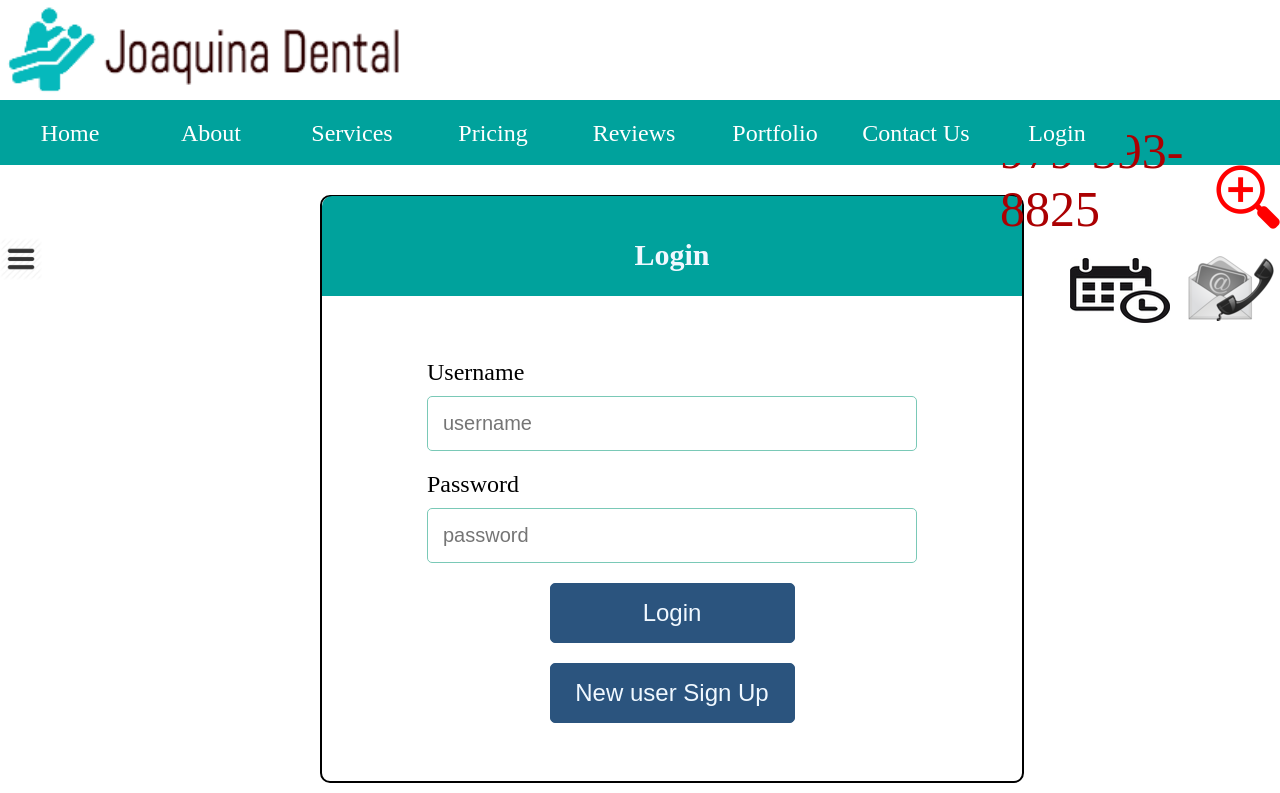
Repository: ManjushaBolishetty/test
Page: http://localhost/test/LoginError.jsp
The author's editor kept a copy of each file at every save. The page is drawn from the files as they stood at one save, then again after the next save.
The browser window is 1280 px wide. The pictures show the whole page.
The page is served by Tomcat 9. Other server files are loaded and not shown.

Above is the page before, as saved 2016-04-03 17:16:37.

### test/WebContent/LoginError.jsp
<%@ page language="java" contentType="text/html; charset=UTF-8"
    pageEncoding="UTF-8"%>
<%@include file="header.jsp" %>
<!DOCTYPE html>
<html>
<head>
<meta http-equiv="Content-Type" content="text/html; charset=UTF-8">
<meta name="viewport" content="width=device-width, initial-scale=1">
<link href="CSS/ResponsiveForm.css" rel="stylesheet" type="text/css" />
<title>Login</title>
</head>
<body>
<div id="cover">
<header>
    <h3>Login</h3>
</header>
<p class="errorLogin">Bummm!!!! Invalid Username or Password. Please try again.</p>
<form action="Login" method="post">
	<label>Username </label>
	<input type="text" name="username" placeholder="username" width="100px;">
	<label>Password </label>
	<input type="password" name="password" placeholder="password">
	<input type="submit" value="Login" id="login">
	<input type="submit" value="New user Sign Up" id="newuser">
</form>

</div>
<footer class="footer-distributed">
			<div class="footer-left">

				<h3>Joaquina Dental</h3>
				<p>1302 Barthelow Dr.
				Englewood, Denver, Colorado</p>
				<p >Hours: 8:00 AM - 5:00 PM</p>
				<p >Monday - Friday</p>
			</div>

			<div class="footer-center">

				<p class="callusToday">Call us today  </p><br/>
				<br/>
				<h3>+1 979-393-8825</h3><br/>
				<p class="emailUs">Email Us</p>
			</div>

			<div class="footer-right">

				<p>Follow Us</p>

				<div class="footer-icons">

					<a href="#"><i class="fa fa-facebook"></i></a>
					<a href="#"><i class="fa fa-twitter"></i></a>
					<a href="#"><i class="fa fa-linkedin"></i></a>

				</div>

			</div>
<p class="copyright" >&copy; Copyright 2016 Joaquina Dental</p>
		</footer>
</body>
</html>

### test/WebContent/header.jsp
<%@ page language="java" contentType="text/html; charset=UTF-8"
    pageEncoding="UTF-8"%>
<!DOCTYPE html>
<html>
<head>
<meta http-equiv="Content-Type" content="text/html; charset=UTF-8">
<meta name="viewport" content="width=device-width, initial-scale=1">
<link href="CSS/testeverything.css" rel="stylesheet" type="text/css" />
<script src="http://code.jquery.com/jquery-latest.js">  </script>
<script type="text/javascript">

$(document).ready(function(){
	$('a.loginToggle').click(function(){
		if($('a.loginToggle').text()=="Logout"){
			window.location.href = "JD_LoginPage.jsp";
		}
	})
});
</script>

<style>

#zoom img {
    width: 5%;
    position: absolute;
    right: 0;
}
</style>
<title>Insert title here</title>
</head>

<body>
<div id="header">
	<img class="logoimage" src="Images/Drawing (4).png" alt="Joaquina Dental"></img>
	<span class="phonenumber">979-393-8825</span>
	<a href="#" class="scheduleanchor"><img class="Contact" src="Images/Contact_Us.png"></img></a>
	<a href="#" class="scheduleanchor"><img class="Calendar" src="Images/calendar.png"></img></a>
</div>

<div id="navmenu">
	<img class="iconimage" src="Images/collpased_menu.png"></img><label for="show-menu" class="show-menu iconlabel">Menu</label>
	<input type="checkbox" id="show-menu" role="button">

	<ul id="menu">
		  <li><a href="#">Home</a></li>
		  <li><a href="#">About</a></li>
		  <li>
		    	<a href="#">Services</a>
			    <ul class="dropdownContent">
			      <li><a href="#">Extraction</a></li>
			      <li><a href="#">Transplant</a></li>
			      <li><a href="#">Root Canal</a></li>
			      <li><a href="#">Cleaning</a></li>
			    </ul>
	  	   </li>
	  	   <li><a href="#">Pricing</a></li>
	  	   <li><a href="#">Reviews</a></li>
	  	   <li><a href="#">Portfolio</a></li>
	  	   <li><a href="#">Contact Us</a></li>
	  	   <li><a class="loginToggle" href="#">Login</a></li>
	</ul>
</div>
<div id="zoom" style="width:100%;height:0px">
	<a href="#" class=""><img class="zoom" src="Images/zoom.png"></img></a>
</div>
</body>
</html>

### test/WebContent/CSS/testeverything.css
body{
  border: 0;
  padding: 0;
  margin: 0;
  height: 100%;

}

#header{
	width:100%;
	height:100px;
  background-color:white;
}

#header h3{
	display:inline;
	width:auto;
	height:auto;
}
#header img{
	width:auto;
	float:left;
	padding-left:0px;
	height:100%;
}


.Contact{

	max-width:100%;
	height:auto;
	margin-left:10px;
	margin-top:18px;
}


.Calendar{

	max-width:100%;
	height:auto;
	margin-left:10px;
	margin-top:20px;
}

#header a{
	float:right;
	/*margin-right: 40px;*/
}
.logoSchedule{
	width:auto;
	float:left;
}

.logoContact{
	width:auto;
	float:right;
}

#navmenu{
	width:100%;
	height:65px;
	background:#00A29C;
}

ul {
	list-style-type:none;
	margin:0;
	padding:0;
	position: absolute;
}

/*Create a horizontal list with spacing*/
li {
	display:inline-block;
	float: left;
	margin-right: 1px;
}

/*Style for menu links*/
li a {
	display:block;
	min-width:140px;
	padding-top:20px;
	padding-bottom:16px;
	font-size:24px;
	text-align: center;
	font-family: 'Roboto Slab', serif;
	color: white;
	background: #00A29C;
	text-decoration: none;
}

.phonenumber{
    font-size: 50px;
    margin-left: 1000px;
    display: inline-block;
    margin-top: 22px;
    color: #ab0002;
    float:left;
}

/*Hover state for top level links*/
li:hover a {
	background: black;
}

/*Style for dropdown links*/
li:hover ul a {
	background: #e6ffff;
	color: blue;
}

/*Hover state for dropdown links*/
li:hover ul a:hover {
	background: #19c589;
	color: #fff;
}

/*Hide dropdown links until they are needed*/
li ul {
	display: none;
}

/*Make dropdown links vertical*/
li ul li {
	display: block;
	float: none;
}



/*Display the dropdown on hover*/
ul li a:hover + .dropdownContent, .dropdownContent:hover {
	display: block;
}

/*Responsive Styles*/

	.show-menu {
	font-family: "Helvetica Neue", Helvetica, Arial, sans-serif;
	text-decoration: none;
	color: #fff;
	background: #00A29C;
	text-align: center;
	padding: 10px 0;
	display: none;
}

.iconlabel{
	width:100%;
	height:auto;
	padding:1%;
}

.iconimage{
	float:left;
	height:42px;
}


.callusToday{
	padding-left:10%;
}
.emailUs{
	padding-left:13%;
}

/*Hide checkbox*/
input[type=checkbox]{
    display: none;
}

/*Show menu when invisible checkbox is checked*/
input[type=checkbox]:checked ~ #menu{
    display: block;
}

@media screen and (max-width : 832px){
	/*Make dropdown links appear inline*/
	ul {
		position: static;
		display: none;
	}

	/*Create vertical spacing*/
	li {
		margin-bottom: 1px;
	}
	/*Make all menu links full width*/
	ul li, li a {
		width: 100%;
	}
	.show-menu {
		display:block;
	}
	.imageHolder{
		display:none;
	}
	.iconlabel
	{
	padding-top:12px;
	float:left;
	width:auto;
	}
}



#Content{
	width:100%;
	height:600px;
	background:white;
}

.imageHolder{
	width:100%;
	height:400px;
	background-image: url("/BigHornDental/Images/appointment.jpg");
    background-repeat: no-repeat;
    background-size: contain;
    border: 1px solid black;
}


.login{
  width: 40%;
  font-family: lato;
  position: relative;
  color: white;
  border:1px solid blue;
  border-radius: 10px;
  background-color:blue;
  text-align:center;
}

/* .Logoutbutton input{
	float: left;
	padding-right:100px;
	font-size: 20px;
    display: block;
    line-height: 12px;
    text-align: left;
} */

.Logindate h4{
	float: left;
    font-size: 20px;
    display: block;
    line-height: 12px;
    text-align: left;
    padding-left:100px;
}


/*For Footer*/
footer{
padding-left:40px;
position: fixed;
}

.footer-distributed{
	background-color: #00A29c;
	box-shadow: 0 1px 1px 0 rgba(0, 0, 0, 0.12);
	box-sizing: border-box;
	width: 100%;
	height:auto;
	text-align: left;
	font: bold 16px sans-serif;
	padding: 30px 30px;
	margin-top: 80px;
}

.footer-distributed .footer-left,
.footer-distributed .footer-center,
.footer-distributed .footer-right{
	display: inline-block;
	vertical-align: top;
}

/* Footer left */

.footer-distributed .footer-left{
	width: 40%;
}

 p{
	font-size:20px;
	color:white;
}

/* The company logo */

.footer-distributed h3{
	color:  white;
	margin: 0;
}


/* Footer links */

.footer-distributed .footer-links{
	color:  #ffffff;
	margin: 20px 0 12px;
	padding: 0;
}

.footer-distributed .footer-links a{
	display:inline-block;
	line-height: 1.8;
	text-decoration: none;
	color:  inherit;
}

.footer-distributed .footer-company-name{
	color:  #8f9296;
	font-size: 14px;
	font-weight: normal;
	margin: 0;
}

/* Footer Center */

.footer-center p{
	padding-top:3px;
}

.footer-right p{
	margin-top:0px;
}

.footer-distributed .footer-center{
	width: 35%;
}

.footer-distributed .footer-center i{
	background-color:  #33383b;
	color: #ffffff;
	font-size: 25px;
	width: 38px;
	height: 38px;
	border-radius: 50%;
	text-align: center;
	line-height: 42px;
	margin: 10px 15px;
	vertical-align: middle;
}

.footer-distributed .footer-center i.fa-envelope{
	font-size: 17px;
	line-height: 38px;
}

.footer-distributed .footer-center p{
	display: inline-block;
	color: #ffffff;
	vertical-align: middle;
	margin:0;
}

.footer-distributed .footer-center p span{
	display:block;
	font-weight: normal;
	font-size:14px;
	line-height:2;
}

.footer-distributed .footer-center p a{
	color:  white;
	text-decoration: none;;
}


/* Footer Right */

.footer-distributed .footer-right{
	width: 20%;
}

.footer-distributed .footer-company-about span{
	display: block;
	color:  black;
	font-size: 14px;
	font-weight: bold;
	margin-bottom: 20px;
}

.footer-distributed .footer-icons{
	margin-top: 25px;
}

.footer-distributed .footer-icons a{
	display: inline-block;
	width: 35px;
	height: 35px;
	cursor: pointer;
	background-color:  #33383b;
	border-radius: 2px;

	font-size: 20px;
	color: #ffffff;
	text-align: center;
	line-height: 35px;

	margin-right: 3px;
	margin-bottom: 5px;
}

.fa-twitter:before {
    content: url("../Images/twitter.png");
}
.fa-facebook:before {
    content: url("../Images/facebook.png");
}
.fa-linkedin:before {
    content: url("../Images/linkedin.png");
}

.fa-linkedin:before {
    content: url("../Images/linkedin.png");
}

.footer-left span{

}


.copyright{
	padding-left: 39%;
}

/* If you don't want the footer to be responsive, remove these media queries */

@media (max-width: 880px) {

	.footer-distributed{
		font: bold 14px sans-serif;
	}

	.footer-distributed .footer-left,
	.footer-distributed .footer-center,
	.footer-distributed .footer-right{
		display: block;
		width: 100%;
		margin-bottom: 40px;
		text-align: center;
	}

	.footer-distributed .footer-center i{
		margin-left: 0;
	}

}


/*Supports Iphone 5,6 and 6S-Plus*/

@media screen and (max-width : 440px){
	/*Make dropdown links appear inline*/
	#header img{
		width:80%;
	}

	.iconimage{
		height:100%;
		width:10%;
	}
	.iconlabel{
		font-size:30px;
	}
	.show-menu{
		font-size:30px;
	}

	#showOnMobile{
		display:block;
	}

	.Contact{
	width:80px;
	height:auto;
	margin-left:0px;
	margin-top:8px;
	}


.Calendar{

	width:80px;
	height:auto;
	margin-left:0px;
	margin-top:8px;
	}

.phonenumber{
	display:none;
	}

	.callusToday{
	padding-left:0%;
	}
	.emailUs{
		padding-left:0%;
	}

	.copyright{
		text-align:center;
		padding-left:0%;
		width:100%;
	}
}


@media screen and (max-width : 780px){
	.phonenumber{
		margin-left:70px;
	}
	.iconimage{
		height:65px;
	}
	.iconlabel{
		font-size:30px;
	}
	.callusToday{
		padding-left:0%;
		font-size:20px;
	}
	.emailUs{
		padding-left:0%;
	}
	.footer-left p{
		font-size:20px;
	}
	.footer-center p{
		font-size:20px;
	}
	.footer-right p{
		font-size:20px;
	}
	.copyright{
		text-align:center;
		padding-left:0%;
		width:100%;
	}

}

### test/WebContent/CSS/ResponsiveForm.css
* {
/* With these codes padding and border does not increase it's width and gives intuitive style.*/
box-sizing: border-box;
}

body {
	margin:0;
	padding:0;
	font-family: 'Roboto Slab', serif;
	width:100%;
}

#cover{
	width: 55%;
	margin: 30px 30% 10px 25%;
	padding:10px 0;
	border: 2px solid black;
	border-radius:10px;
}
form{
	width:70%;
	margin:4% 15%;
}
header {
    background-color: #00A29C;
    text-align: center;
    padding-top: 1px;
    padding-bottom: 8px;
    margin-top: -11px;
    margin-bottom: -8px;
    border-radius: 10px 10px 0 0;
    color: aliceblue;
    height: 100px;
    font-size: 24px;
}

h3{
	font-size: 30px;
	padding-top:1px;
}
#newuser{
	margin-right:10px;
}

label{
	font-size:24px;
}


/* Makes responsive fields. Sets size and field alignment.*/
input[type=text]{
	margin-bottom: 20px;
	margin-top: 10px;
	width:100%;
	padding: 15px;
	border-radius:5px;
	border:1px solid #7ac9b7;
	font-size:20px;
}
input[type=password]{
	margin-bottom: 20px;
	margin-top: 10px;
	width:100%;
	padding: 15px;
	border-radius:5px;
	border:1px solid #7ac9b7;
	font-size:20px;
}

input[type=radio]{
	margin-bottom: 20px;
	margin-top: 10px;
	padding: 15px;
	border-radius:5px;
	border:1px solid #7ac9b7;
	font-size:20px;
}

select{
	margin-bottom: 20px;
	margin-top: 10px;
	width:100%;
	height:25px;
	padding: 15px;
	border-radius:5px;
	border:1px solid #7ac9b7;
}

.datepicker{
	height:30px;
}

.result{
	color:blue;
}

p.errorLogin{

}

input[type=submit]
{
	margin-bottom: 20px;
	width:50%;
	margin-left:25%;
	padding: 15px;
	border-radius:5px;
	border:1px solid #7ac9b7;
	background-color: #2b547e;
	border-color:#2b547e;
	color: aliceblue;
	font-size:24px;
	cursor:pointer;
}
#submit:hover
{
	background-color: blue;
}
textarea{
	width:100%;
	padding: 15px;
	margin-top: 10px;
	border:1px solid #7ac9b7;
	border-radius:5px;
	margin-bottom: 20px;
	resize:none;
}
input[type=text]:focus,textarea:focus {
	border-color: #4697e4;
}

@media screen and (max-width : 768px){
	h2{
		font-size:16px;
	}
	p{
		font-size:14px;
	}
	label{
		font-size:12px;
	}
	input[type=submit]{
		padding:5px;
	}
	input[type=text]{
		padding: 8px;
	}
	div#envelope{
		width: 80%;
		margin: 10px 30% 10px 11%;
	}
}

@media screen and (max-width : 415px){
	#cover{
	width: 95%;
	margin: 30px 30% 30px 2.5%;
	padding:10px 0;
	border: 2px solid black;
	border-radius:10px;
	}
	input[type=submit]{
		padding:4px;
		font-size:20px;
		white-space:normal;
	}
	input[type=text]{
		padding: 8px;
		font-size:20px;
	}

	input[type=password]{
		padding: 8px;
		font-size:20px;
	}
	label{
		font-size:22px;
	}
	h2{
		font-size:22px;
	}
	p{
		font-size:18px;
	}
	div#envelope{
		width: 80%;
		margin: 10px 30% 10px 11%;
	}

}

@media screen and (max-width : 768px){
	#cover{
	width: 90%;
	margin: 30px 30% 30px 5.5%;
	padding:10px 0;
	border: 2px solid black;
	border-radius:10px;
	}
	input[type=submit]{
		padding:4px;
		font-size:20px;
		white-space:normal;
	}
	input[type=text]{
		padding: 8px;
		font-size:20px;
	}

	input[type=password]{
		padding: 8px;
		font-size:20px;
	}
	label{
		font-size:22px;
	}
	h2{
		font-size:22px;
	}
	p{
		font-size:18px;
	}
	div#envelope{
		width: 80%;
		margin: 10px 30% 10px 11%;
	}

}

After the next save:
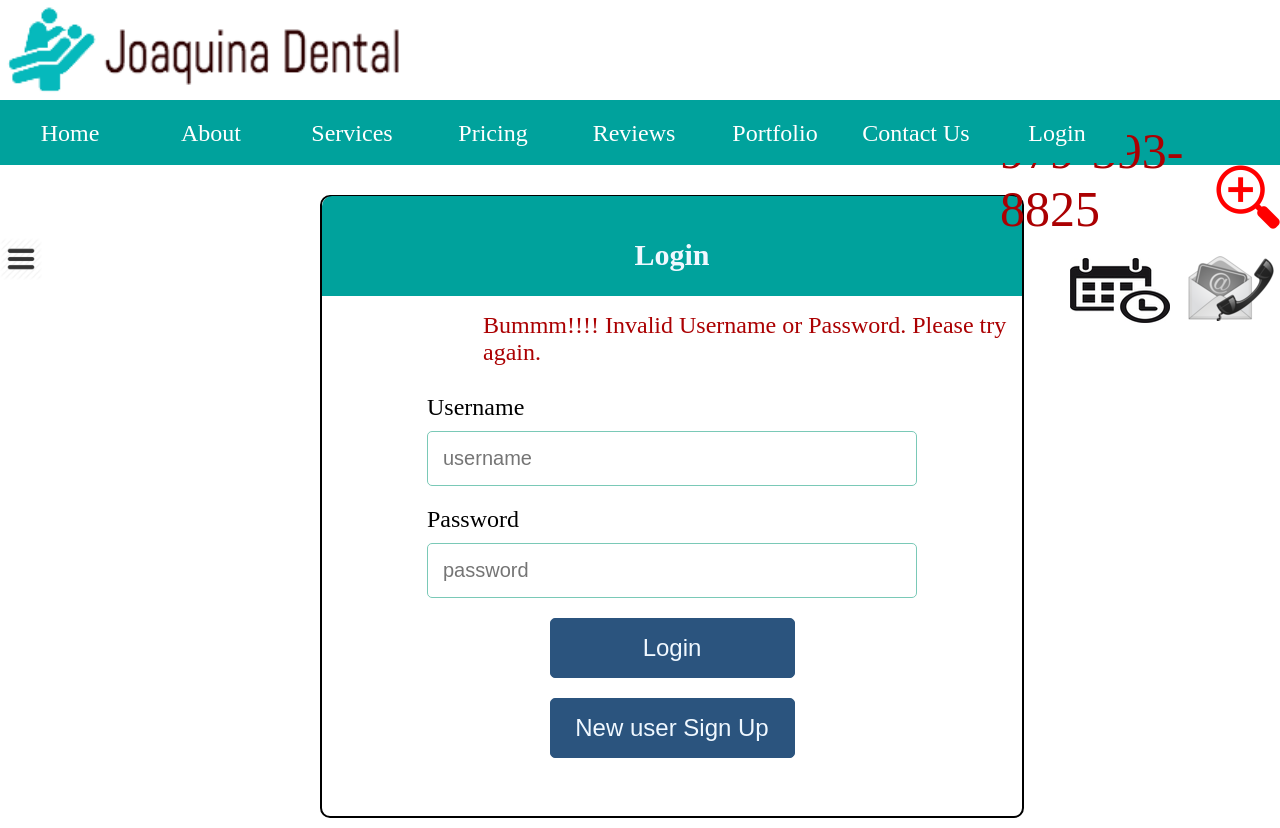
Saved 44 s later.
--- a/test/WebContent/CSS/ResponsiveForm.css
+++ b/test/WebContent/CSS/ResponsiveForm.css
@@ -95,7 +95,9 @@ select{
 }
 
 p.errorLogin{
-
+	color:#ab0002;
+	padding-left:23%;
+	font-size:24px;
 }
 
 input[type=submit]
